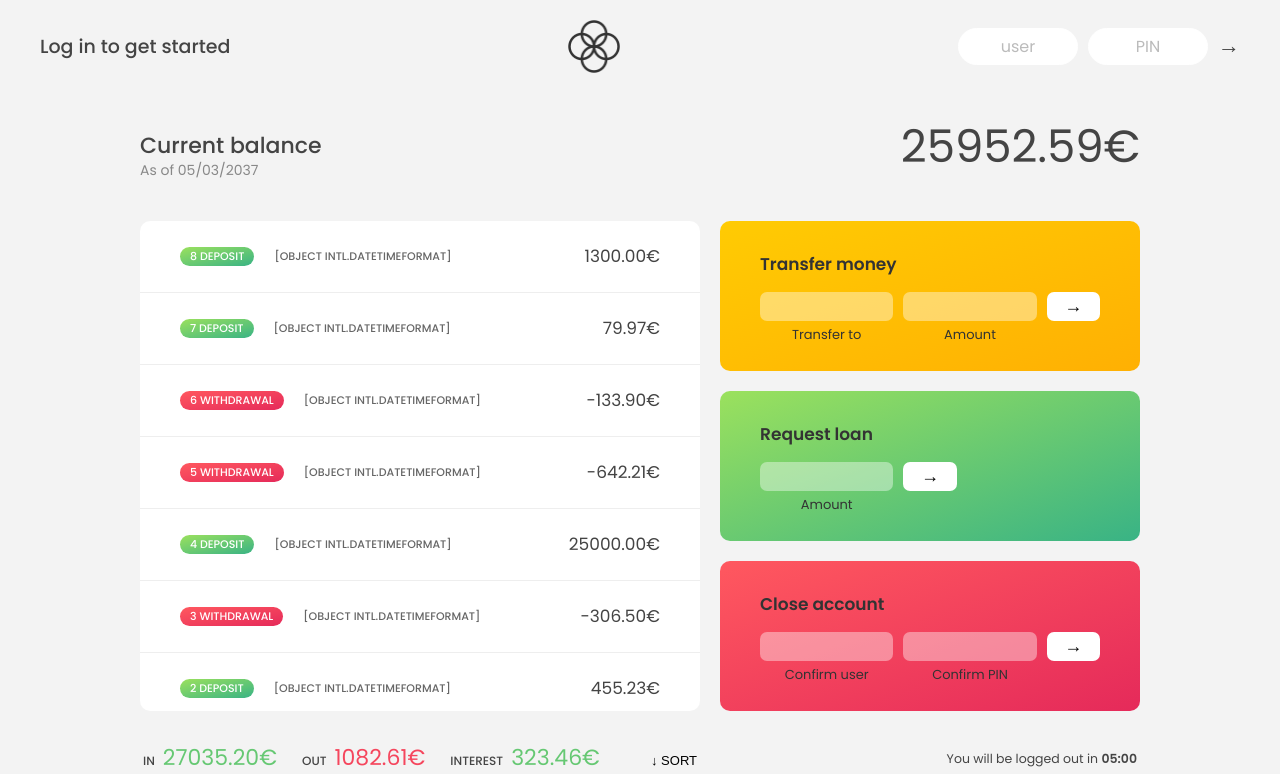
Repository: otvertka/jsc_12
Page: index.html
The author's editor kept a copy of each file at every save. The page is drawn from the files as they stood at one save, then again after the next save.
The browser window is 1280 px wide. The pictures show the whole page.
An inner scrolling area shows only its first screen.

Above is the page before, as saved 2023-02-17 13:25:03.

After the next save:
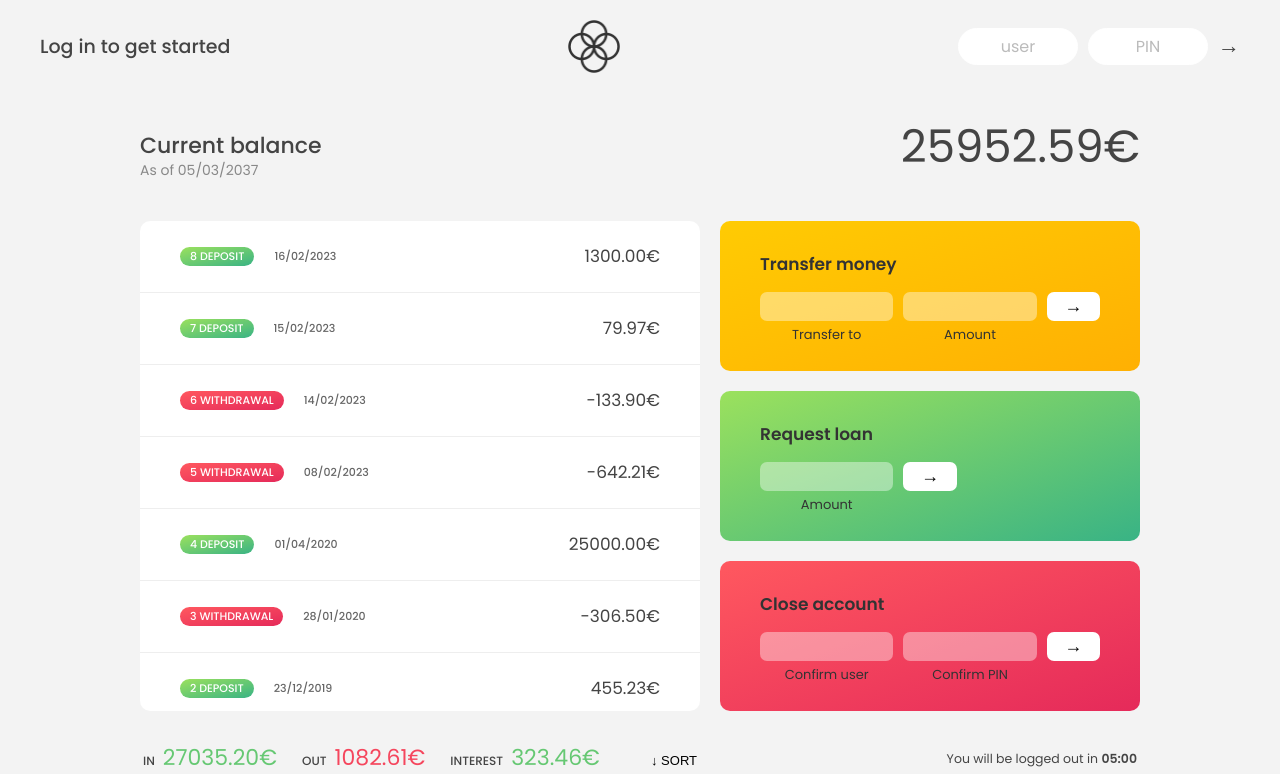
Saved 34 s later.
--- a/script.js
+++ b/script.js
@@ -97,7 +97,7 @@ const formatMovementDate = function (date, locale) {
   // const year = date.getFullYear();
 
   // return `${day}/${month}/${year}`;
-  return new Intl.DateTimeFormat();
+  return new Intl.DateTimeFormat(locale).format(date);
 };
 
 const displayMovements = function (acc, sort = false) {
